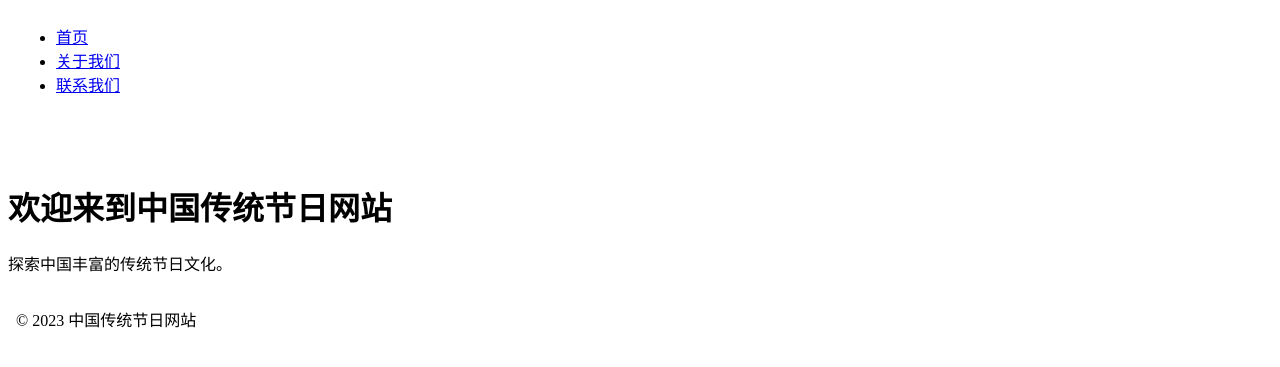
Repository: XueJie1/computer-operation-basics
Page: index.html
An editor plug-in stored every save of this project. The page is shown before and after the next save, followed by the edit.
The browser window is 1280 px wide. The pictures show the whole page.

Above is the page before, as saved 2023-08-30 13:52:53.

After the next save:
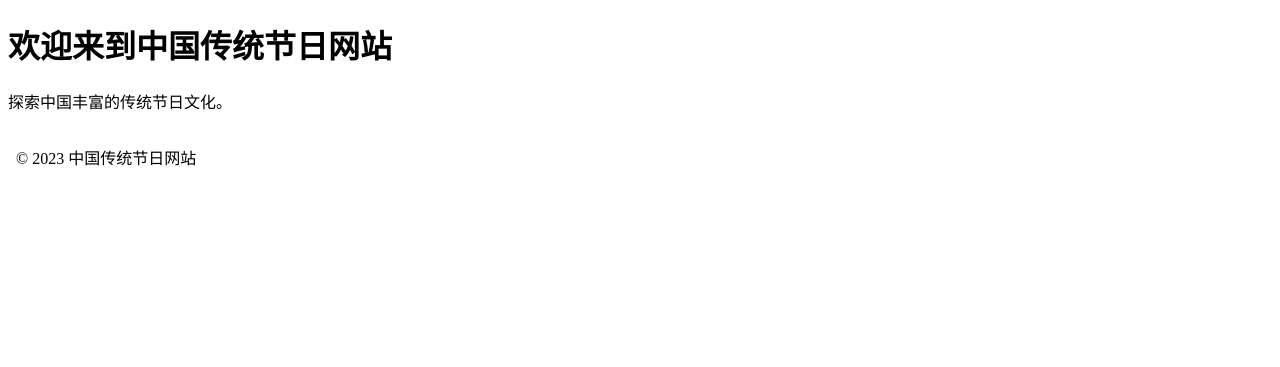
Saved 8 s later.
--- a/index.html
+++ b/index.html
@@ -6,7 +6,7 @@
     <title>中国传统节日</title>
 </head>
 <body>
-<embed src="pages/header.html"></embed>
+<!-- <embed src="pages/header.html"></embed> -->
 
     <main>
         <h1>欢迎来到中国传统节日网站</h1>

After the save that followed:
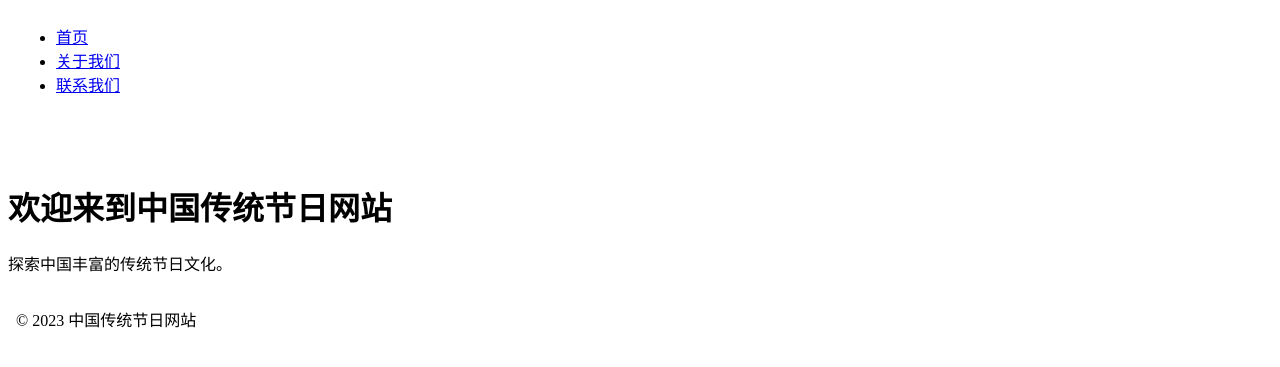
Saved 5 s later.
--- a/index.html
+++ b/index.html
@@ -6,7 +6,7 @@
     <title>中国传统节日</title>
 </head>
 <body>
-<!-- <embed src="pages/header.html"></embed> -->
+<embed src="pages/header.html"></embed>
 
     <main>
         <h1>欢迎来到中国传统节日网站</h1>
